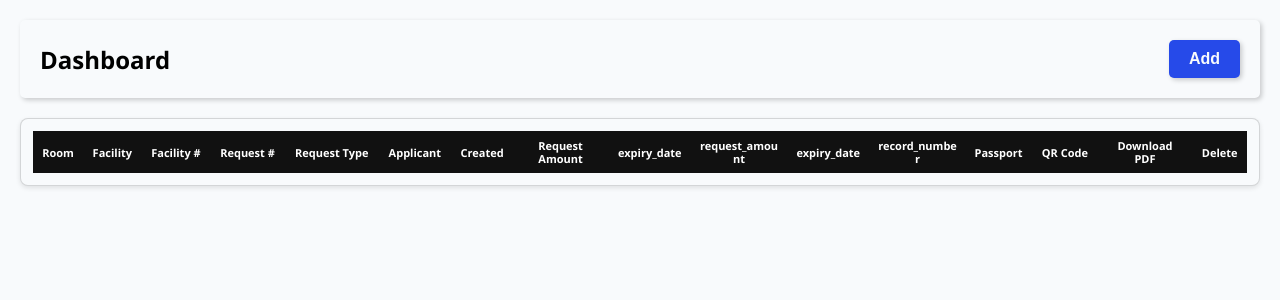
Repository: irfan-shah-sherani/Travel-Tour
Page: public/index.html
These files come from the project's save history. The page is drawn as it stood at one moment and after the next save; the edit follows.
The browser window is 1280 px wide. The pictures show the whole page.
The page's requests for data from a server got no answer.

Above is the page before, as saved 2025-07-11 04:53:44.

After the next save:
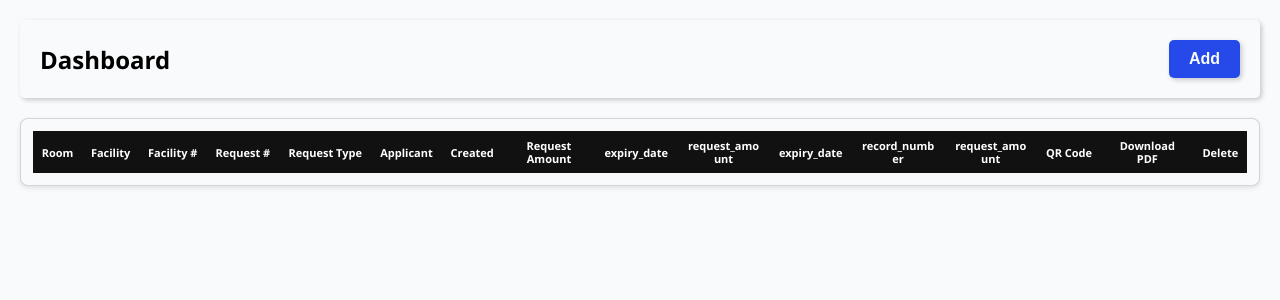
Saved 9 s later.
--- a/public/index.html
+++ b/public/index.html
@@ -46,7 +46,7 @@
           <th>request_amount </th>
           <th>expiry_date</th>
           <th>record_number</th>
-          <th>Passport</th>
+          <th>request_amount</th>
           <th>QR Code</th>
           <th>Download PDF</th>
           <th>Delete</th>
